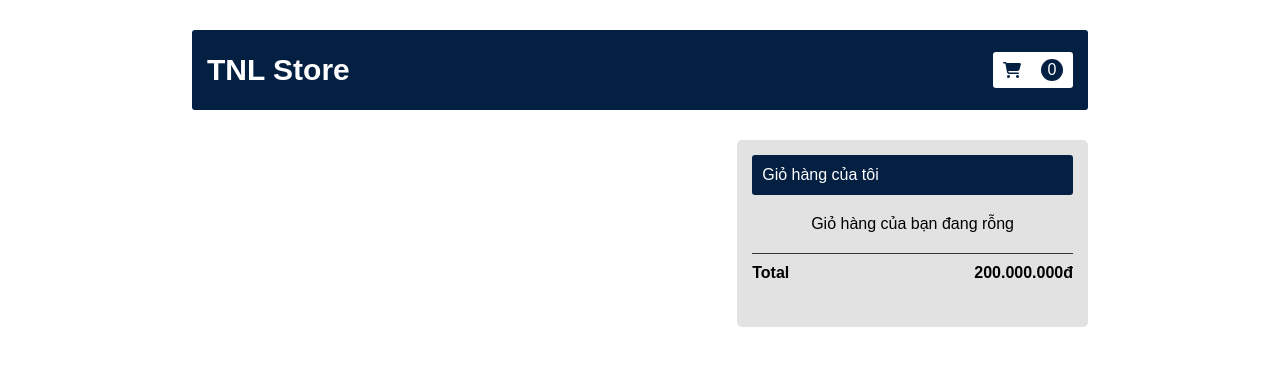
Repository: HPNChanel/DACS
Page: shopcart/shopcart.html
An editor plug-in stored every save of this project. The page is shown before and after the next save, followed by the edit.
The browser window is 1280 px wide. The pictures show the whole page.
Some web libraries are served in a nearby version.

Above is the page before, as saved 2023-04-14 14:40:35.

After the next save:
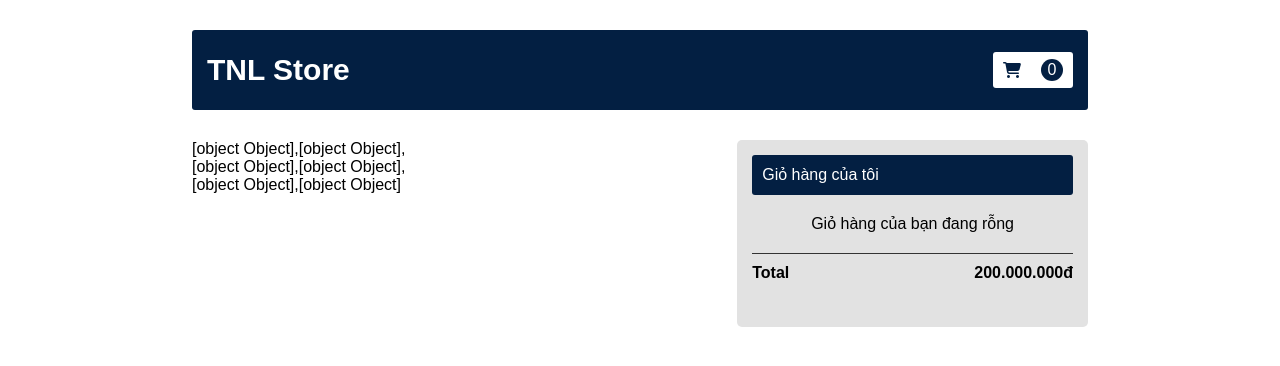
Saved 4 s later.
--- a/shopcart/shopcart.js
+++ b/shopcart/shopcart.js
@@ -40,4 +40,4 @@
 const categories = [...new Set(product.map((item)=>
     {return item}))]
     let i = 0;
-document.getElementById('root').innerHTML
+document.getElementById('root').innerHTML = categories
